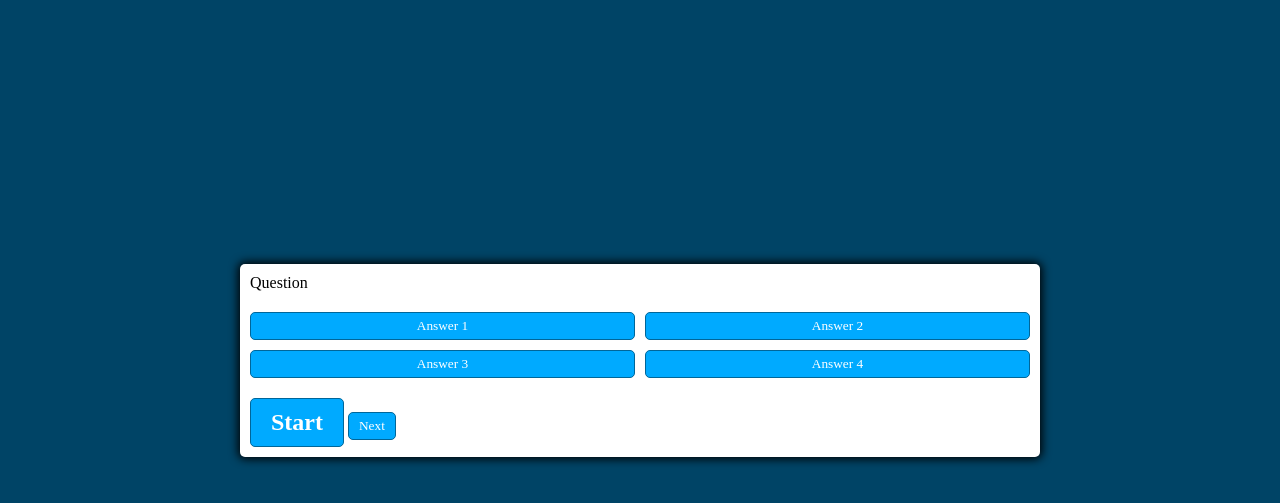
Repository: DaNiels89/quiz-js
Page: index.html
An editor plug-in stored every save of this project. The page is shown before and after the next save, followed by the edit.
The browser window is 1280 px wide. The pictures show the whole page.

Above is the page before, as saved 2020-06-22 09:53:45.

After the next save:
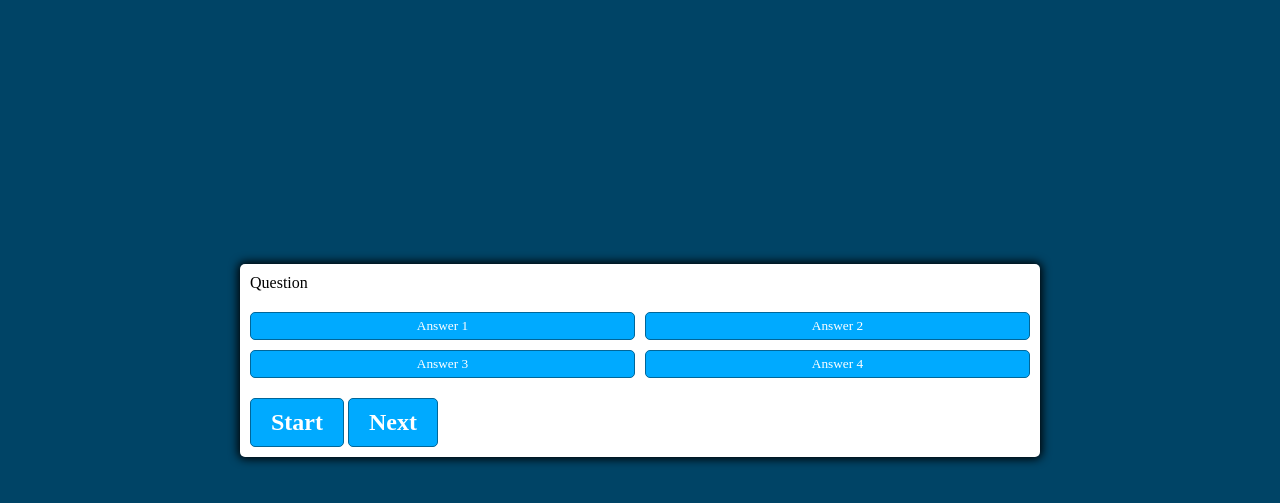
Saved 9 s later.
--- a/css/styles.css
+++ b/css/styles.css
@@ -68,7 +68,7 @@ body.wrong {
     --hue: var(--hue-wrong);
 }
 
-.start-btn, .next-size {
+.start-btn, .next-btn {
     font-size: 1.5rem;
     font-weight: bold;
     padding: 10px 20px;
